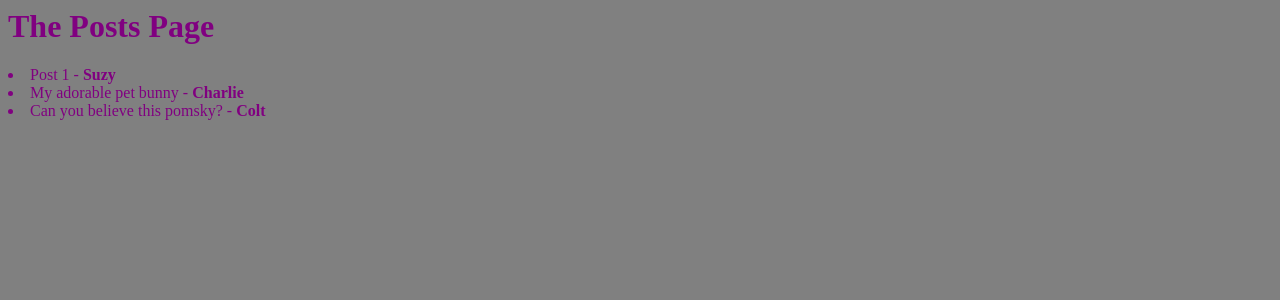
Repository: Bhitt/Cloud9_Projects
Page: http://localhost/posts
The author's editor kept a record of every edit. The page is drawn from the files as they stood at one moment, then again after the next edit.
The browser window is 1280 px wide. The pictures show the whole page.
The page is served by the project's Node server (MoreExpress/EJSDemo/app.js).

Above is the page before.

After the next edit:
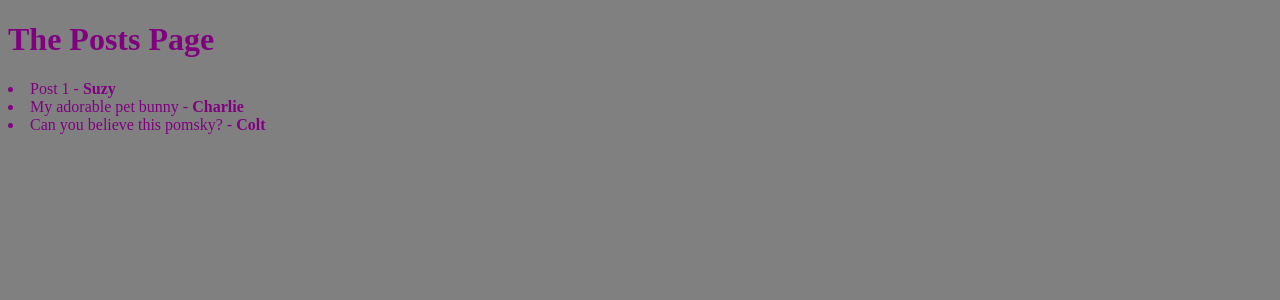
The edit:
--- a/webdevbootcamp/workspace/MoreExpress/EJSDemo/views/posts.ejs
+++ b/webdevbootcamp/workspace/MoreExpress/EJSDemo/views/posts.ejs
@@ -1,4 +1,6 @@
-<link rel="stylesheet" href="app.css">
+<!--<link rel="stylesheet" href="app.css">-->
+
+<% include partials/header%>
 
 <h1>The Posts Page</h1>
 
